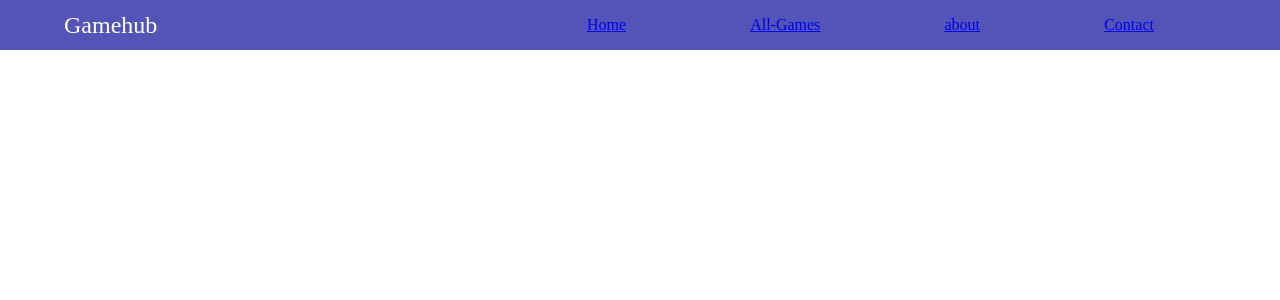
Repository: Fariaddd/New-CA-
Page: index.html
The author's editor kept a copy of each file at every save. The page is drawn from the files as they stood at one save, then again after the next save.
The browser window is 1280 px wide. The pictures show the whole page.

Above is the page before, as saved 2021-11-13 18:00:25.

After the next save:
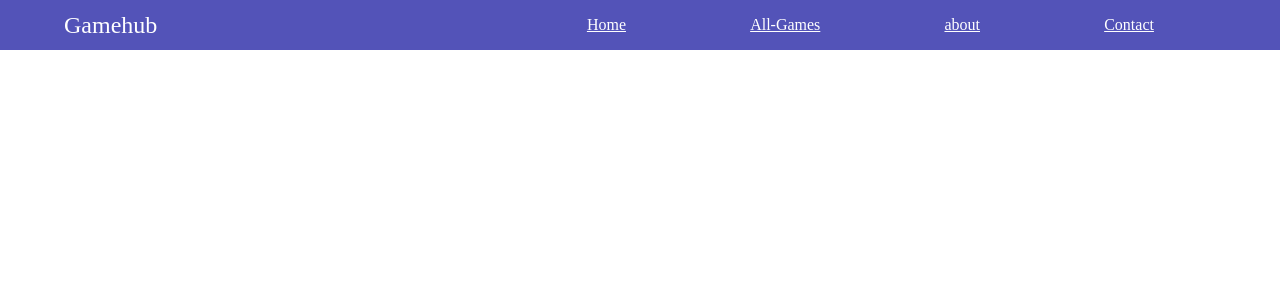
Saved 25 s later.
--- a/css/styles.css
+++ b/css/styles.css
@@ -39,5 +39,5 @@
 nav .link a {
   display: block;
   padding: 1em;
-  margin: 0px;
+  color: white;
 }
